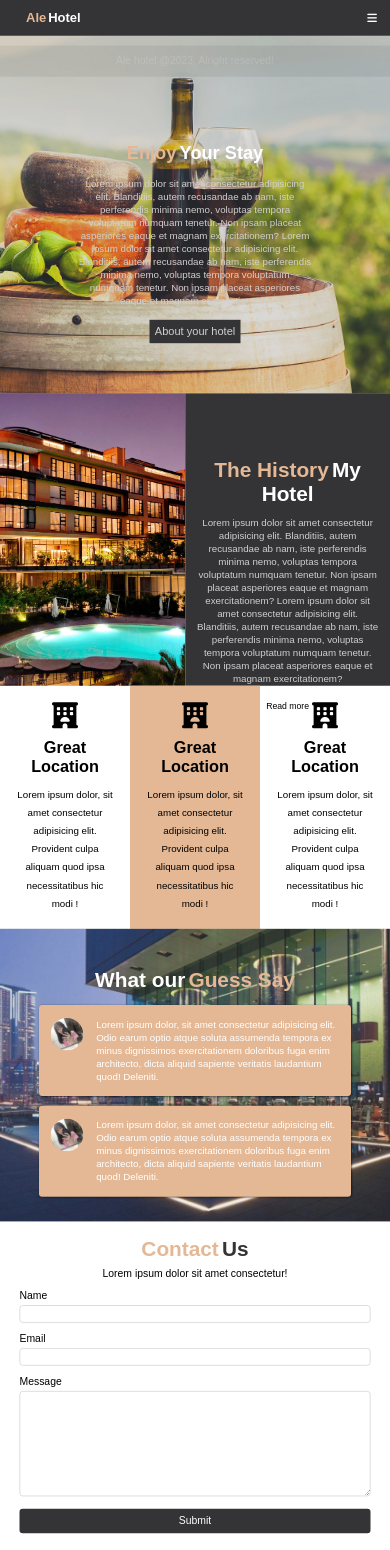
Repository: Ngoc28/HTML-CSS
Page: aleHoltel/index.html
The author's editor kept a copy of each file at every save. The page is drawn from the files as they stood at one save, then again after the next save.
The browser window is 600 px wide. The pictures show the whole page, at 65% of full size.

Above is the page before, as saved 2023-08-06 10:46:04.

After the next save:
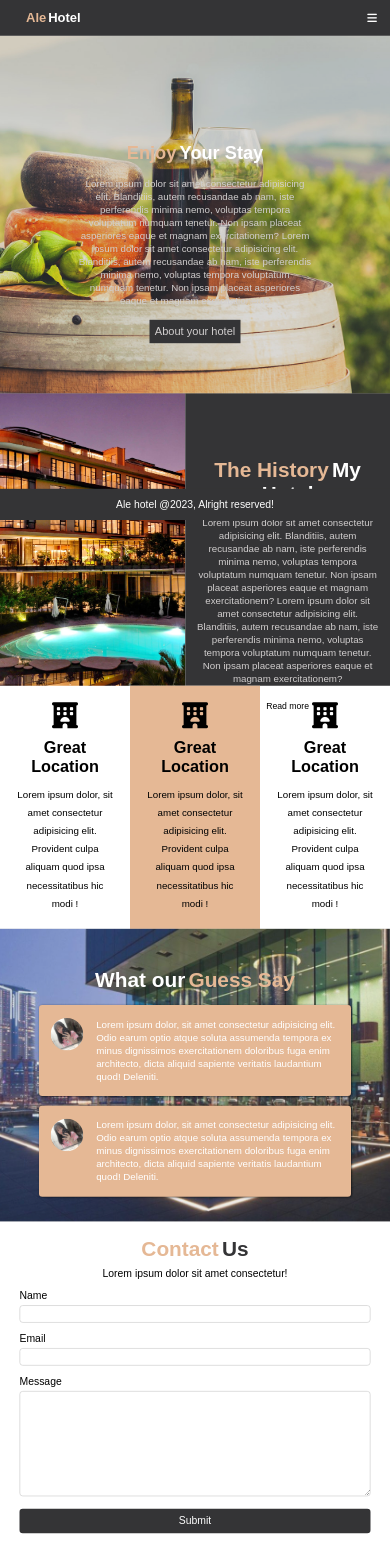
Saved 110 s later.
--- a/aleHoltel/style.css
+++ b/aleHoltel/style.css
@@ -404,4 +404,11 @@
     .container {
         position: absolute;
     }
-}
+
+    footer {
+        position: absolute;
+        bottom: 0;
+        left: 0;
+        right: 0;
+    }
+}

After the save that followed:
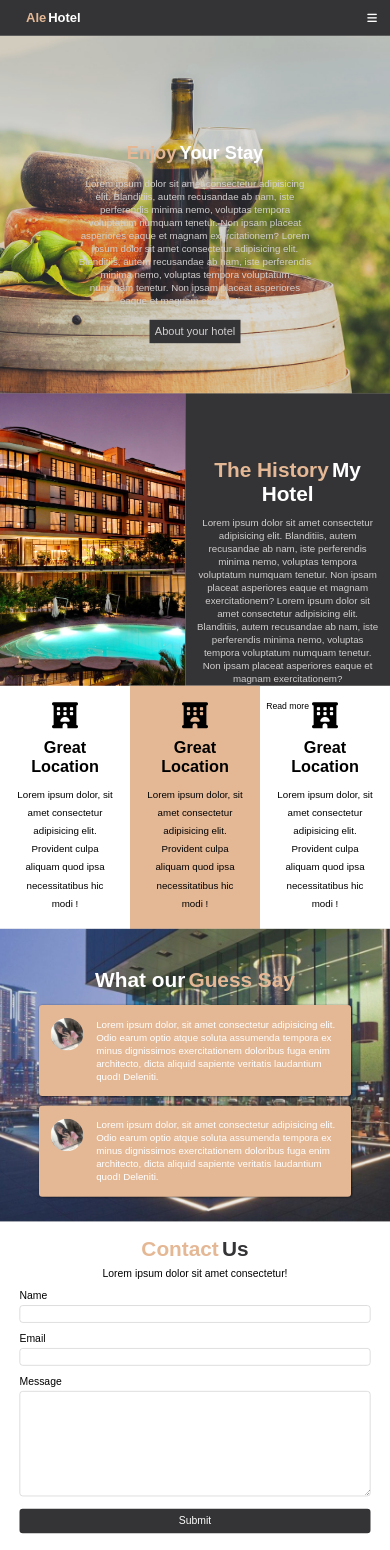
Saved 101 s later.
--- a/aleHoltel/style.css
+++ b/aleHoltel/style.css
@@ -406,9 +406,6 @@
     }
 
     footer {
-        position: absolute;
-        bottom: 0;
-        left: 0;
-        right: 0;
-    }
-}
+       display: none;
+    }
+}
